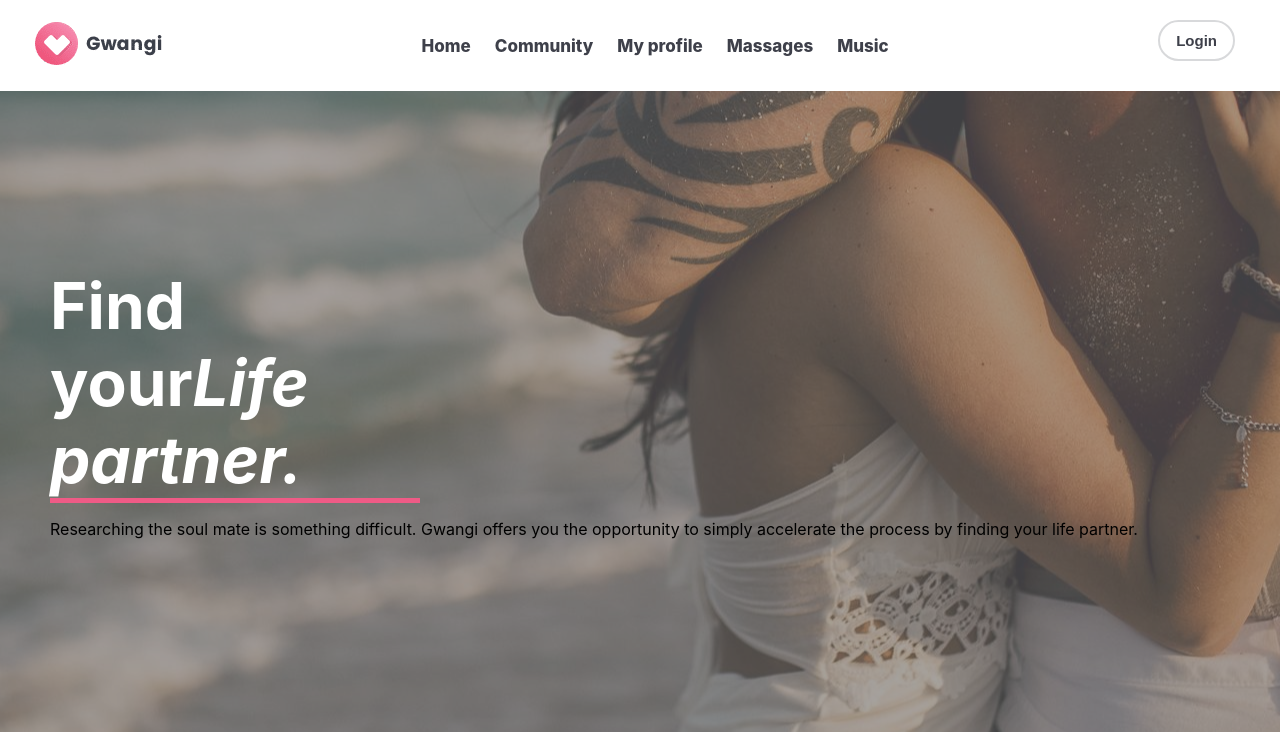
Repository: ShokunLiubov/Soc-Network-React
Page: /login
These files come from the project's save history. The page is drawn as it stood at one moment and after the next save; the edit follows.
The browser window is 1280 px wide. The pictures show the whole page.
The project was rebuilt for these pictures with package versions that can differ from the ones it lists, and the page was loaded fresh each time. Also part of the build but not shown: src/components/common/Paginator/Paginator.module.css, src/components/common/Paginator/Paginator.jsx, src/components/Community/Community.module.css, src/components/Community/Friend/Friend.jsx, src/components/Community/Community.jsx, src/components/common/Preloader/Preloader.jsx, src/components/Community/CommunityContainer.jsx, src/components/Dialogs/Dialogs.module.css and 14 more.

Above is the page before, as saved 2022-08-24 17:40:26.

### src/index.js
import reportWebVitals from './reportWebVitals';
import store from './redux/redux-store';
import React from 'react';
import ReactDOM from 'react-dom/client';
import './index.css';
import App from './App';
import { BrowserRouter } from 'react-router-dom';
import { Provider } from 'react-redux'

const root = ReactDOM.createRoot(document.getElementById('root'));

  root.render(

      <BrowserRouter>
        <Provider store={store}>
          <App />
        </Provider>
      </BrowserRouter>


  );


// If you want to start measuring performance in your app, pass a function
// to log results (for example: reportWebVitals(console.log))
// or send to an analytics endpoint. Learn more: https://bit.ly/CRA-vitals
reportWebVitals();

### src/redux/redux-store.js
import {combineReducers, legacy_createStore as createStore} from "redux"
import dialogsReducer from "./dialogs-reducer"
import profileReducer from "./profile-reducer"
import communityReducer from "./community-reducer"
import authReducer from "./auth-reducer"

let reducers = combineReducers({
    profilePage : profileReducer,
    dialogsPage : dialogsReducer,
    communityPage : communityReducer,
    auth: authReducer
})

let store = createStore(reducers)

export default store;

### src/App.js
import React from 'react';
import { Routes, Route } from "react-router-dom";
import './App.css';
import Registration from './components/Auth/Registration/Registration';
import CommunityContainer from './components/Community/CommunityContainer';
import DialogsContainer from './components/Dialogs/DialogsContainer';
import Home from './components/Home/Home';
import Music from './components/Music/Music';
import Navbar from './components/Navbar/Navbar';
import ProfileContainer from './components/Profile/ProfileContainer';

function App(props) {
  return (

    <div className='app-wrapper'>
      <Navbar />
      <Routes>
        <Route path='/home/*' element={<Home />} />

        <Route path='/community/*' element={<CommunityContainer />} />

        <Route path='/profile/:id' element={<ProfileContainer />} />
        <Route path='/profile/*' element={<ProfileContainer />} />

        <Route path='/dialogs/*' element={<DialogsContainer />} />

        <Route path='/music/*' element={<Music />} />

        <Route path='/login/*' element={<Registration />} />

      </Routes>

    </div>

  );
}

export default App;

### src/redux/dialogs-reducer.js
const SAND_MASSAGE = 'SAND-MASSAGE'
const UPDATE_NEW_MASSAGE_TEXT = 'UPDATE-NEW-MASSAGE-TEXT'

let initialState = {
    dialogsData: [
        { id: 1, name: 'Vika', ava: './../images/ava-w1.jpeg' },
        { id: 2, name: 'Eugen', ava: './../images/ava-m2.png' },
        { id: 3, name: 'Liubov', ava: './../images/ava-w3.jpeg' },
        { id: 4, name: 'Max', ava: './../images/ava-m1.jpeg' },
        { id: 5, name: 'Nika', ava: './../images/ava-w2.webp' }
    ],
    massagesData: [
        { id: 1, massage: 'Hi' },
        { id: 2, massage: 'How are you?' },
        { id: 3, massage: 'I am okey!' }
    ],
    newMassageText: ''
}

const dialogsReducer = (state = initialState, action) => {

    switch (action.type) {
        case SAND_MASSAGE:
            let text = state.newMassageText
            return {
                ...state,
                newMassageText: '',
                massagesData: [...state.massagesData, {id: Date.now(),massage: text}]
            }

        case UPDATE_NEW_MASSAGE_TEXT:
            return {
                ...state,
                newMassageText: action.newText
            }

        default:
            return state
    }

}

export const sandMassage = () => ({ type: SAND_MASSAGE })

export const onMassageChange = (text) =>
    ({ type: UPDATE_NEW_MASSAGE_TEXT, newText: text })

export default dialogsReducer;

### src/redux/profile-reducer.js
const ADD_POST = 'ADD-POST'
const UPDATE_NEW_POST_TEXT = 'UPDATE-NEW-POST-TEXT'
const SET_USER_PROFILE = 'SET-USER-PROFILE'

let initialState = {
    userProfile: {},
    postsData: [
        { id: 1, massage: 'Hi, how are you?', countLikes: '12', time: '29 minutes ago' },
        { id: 2, massage: 'It is my first post', countLikes: '99+', time: 'yesterday' },
        { id: 3, massage: 'My name Liubov, I am wife Eugen', countLikes: '32', time: 'week ago' }
    ],
    newPostText: ''
}

const profileReducer = (state = initialState, action) => {
    switch (action.type) {
        case ADD_POST:
            let newPost = {
                id: Date.now(),
                massage: state.newPostText,
                countLikes: '0',
                time: new Date().toLocaleTimeString()
            }
            return {
                ...state,
                newPostText: '',
                postsData: [newPost, ...state.postsData]
            }

        case UPDATE_NEW_POST_TEXT:
            return {
                ...state,
                newPostText: action.newText
            }
        case SET_USER_PROFILE:
            return {
                ...state,
                userProfile: action.profile

            }
        default:
            return state
    }


}

export const addPost = () => ({ type: ADD_POST })

export const updateNewPostText = (text) =>
    ({ type: UPDATE_NEW_POST_TEXT, newText: text })

export const setUserProfile = (profile) =>
    ({ type: SET_USER_PROFILE, profile})


export default profileReducer;

### src/redux/community-reducer.js
const FOLLOW = 'FOLLOW'
const UN_FOLLOW = 'UN-FOLLOW'
const SET_USERS = 'SET-USERS'
const SET_PAGE = 'SET-PAGE'
const SET_USERS_TOTAL_COUNT = 'SET-USERS-TOTAL-COUNT'
const TOGGLE_IS_FETCHING = 'TOGGLE-IS-FETCHING'

let initialState = {
    userData: [ ],
    pageSize: 10,
    totalUsersCount: 0,
    currentPage: 1,
    currentPageSize: 1,
    isFetching: false
}
const communityReducer = (state = initialState, action) => {
    switch (action.type) {
        case FOLLOW:
            return {
                ...state,
                userData: state.userData.map (user => {
                    if(user.id === action.userID) {
                        return {...user, followed: true}
                    }
                    return user
                })
            }
        case UN_FOLLOW:
            return {
                ...state,
                userData: state.userData.map (user => {
                    if(user.id === action.userID) {
                        return {...user, followed: false}
                    }
                    return user
                })
            }
        case SET_USERS:
            return {
                ...state,
                userData: action.users
            }
        case SET_PAGE:
            return {
                ...state,
                currentPage: action.page
                }
        case SET_USERS_TOTAL_COUNT:
            return {
                ...state,
                totalUsersCount: action.UsersTotalCount
            }
        case TOGGLE_IS_FETCHING:
            return {
                ...state,
                isFetching: action.isFetching
            }
        default:
            return state
    }
}

export const follow = (userID) => ({ type: FOLLOW, userID })

export const unFollow = (userID) => ({ type: UN_FOLLOW, userID })

export const setUsers = (users) => ({ type: SET_USERS, users })

export const setPage = (page) => ({ type: SET_PAGE, page })

export const setUsersTotalCount = (UsersTotalCount) => ({ type: SET_USERS_TOTAL_COUNT, UsersTotalCount })

export const toggleFetching = (isFetching) => ({ type: TOGGLE_IS_FETCHING, isFetching })

export default communityReducer;


// Создать кнопки prev next
// if(currentPage > 1) { prev
// } минус 1  при отрисовки подставляться значения, исключение первая страница
// Отображать в пагинации 5 стр и одну последнюю , учесть если будет меньше 5 стр

### src/redux/auth-reducer.js
const SET_USER_DATA = 'SET-USER-DATA'
// const UN_FOLLOW = 'UN-FOLLOW'

let initialState = {
    userId: undefined,
    email: undefined,
    login: undefined,
    isFetching: false
}
const authReducer = (state = initialState, action) => {
    switch (action.type) {
        case SET_USER_DATA:
            return {
                ...state,
                ...action.data
            }
        // case TOGGLE_IS_FETCHING:
        //     return {
        //         ...state,
        //         isFetching: action.isFetching
        //     }
        default:
            return state
    }
}

export const setUserData = (userId, email, login) => ({ type: SET_USER_DATA, data: {userId, email, login} })

// export const toggleFetching = (isFetching) => ({ type: TOGGLE_IS_FETCHING, isFetching })

export default authReducer;

### src/components/Auth/Registration/Registration.jsx
import React from 'react';
import styles from './Registration.module.css'

const Registration = () => {
    return (
        <div className={styles.background}>
            <div className={styles.registration}>
            <div className={styles.title}>Find your
            <i>Life partner.</i></div>
            <p>Researching the soul mate is something difficult. Gwangi offers you the opportunity to simply accelerate the process by finding your life partner.</p>
            </div>

        </div>
    )
}

export default Registration;

### src/components/Dialogs/DialogsContainer.jsx
import React from 'react';
import { sandMassage, onMassageChange } from '../../redux/dialogs-reducer';
import Dialogs from './Dialogs';
import { connect } from 'react-redux'


let mapStateToProps = (state) => {
    return {
        dialogsData: state.dialogsPage.dialogsData,
        massagesData: state.dialogsPage.massagesData,
        newMassageText: state.dialogsPage.newMassageText
    }
}

const DialogsContainer = connect(mapStateToProps, { sandMassage, onMassageChange })(Dialogs)

export default DialogsContainer;

### src/components/Navbar/Navbar.jsx
import React from 'react';
import { NavLink } from 'react-router-dom';
import styles from './Navbar.module.css'

const Navbar = () => {
    return (
        <div className={styles.navbar}>
            {/* LOGO */}
            <div className={styles.logo}><img src='./../images/logotype.png' /></div>
             {/* LOGO */}

            {/* MENU */}
            <nav className={styles.menu}>
                <div className={styles.item}>
                    <NavLink to='/home' className={navData => navData.isActive ? styles.active : styles.item}>Home</NavLink>
                </div>
                <div className={styles.item}>
                    <NavLink to='/community' className={navData => navData.isActive ? styles.active : styles.item}>Community</NavLink>
                </div>
                <div className={styles.item}>
                    <NavLink to='/profile' className={navData => navData.isActive ? styles.active : styles.item}>My profile</NavLink>
                </div>
                <div to='/dialogs' className={styles.item}>
                    <NavLink to='/dialogs' className={navData => navData.isActive ? styles.active : styles.item}>Massages</NavLink>
                </div>
                <div className={styles.item}>
                    <NavLink to='/music' className={navData => navData.isActive ? styles.active : styles.item}>Music</NavLink>
                </div>
            </nav>
            {/* MENU */}

            {/* LOGIN */}
            <NavLink to='/login' className={styles.login}>
                <button className='button'>Login</button>
            </NavLink>
            {/* LOGIN */}

        </div>
    )
}

export default Navbar;

### src/components/Auth/Registration/Registration.module.css
.background {
    background-image: url(./../../../../public/images/registration-bgr.jpeg);
    background-repeat: no-repeat;
    background-position: center;
    width: 100%;
    height: 89vh;
    position: relative;
    display: flex;
    align-items: center;
}

.background::before {
    content: " ";
    width: 100%;
    height: 89vh;
    background-color: #696a6e99;
    position: absolute;
    z-index: 1;
}

.registration {
    margin-left: 50px;
    position: relative;
    z-index: 20;
}

.title {
    color: #ffffff;
    font-size: 64px;
    max-width: 370px;
    font-weight: 700;
    border-bottom: 5px solid #ef5b86;
}

### src/components/Navbar/Navbar.module.css
.navbar {
    display: flex;
    justify-content: space-between;
    align-items: center;
    padding: 20px 35px;
    background-color: #ffffff;
}

.logo {
    cursor: pointer;
}

.menu {
    display: flex;
}

.item a {
    margin: 0 12px;
    font-size: 17px;
    color: #3e404a;
    font-weight: 800;
    cursor: pointer;
    text-decoration: none;
}

.item a.active {
    color: #ef5b86;
}

.login {
    text-decoration: none;
}

### src/components/Profile/Profile_body/MyPosts/Post/Post.module.css
.post {
    background-color: #ffffff;
    border: 1px solid #e8e8e9;
    border-radius: 10px;
    margin: 50px 0;
    position: relative;
    width: 70%;
    min-height: 100px;
}

.personInfo img {
    position: absolute;
    top: -20px;
    left: -20px;
    width: 80px;
    height: 80px;
    object-fit: cover;
    border-radius: 10px;
}

.personInfo {
    display: flex;
}

.postInfo {
    margin: 10px 80px;
}

.nickname {
    color: #3e404a;
    font-size: 18px;
    font-weight: 700;
}

.time {
    color: #9da6b0;
    font-size: 12px;
    font-weight: 600;
    margin-top: 5px;
}

.massage {
    color: #9ca6af;
    font-size: 15px;
    font-weight: 700;
    margin: 10px 80px;
}

.like {
    width: 100%;
    display: flex;
    justify-content: end;
}

button{
    background: none;
    border: none;
    display: flex;
    align-items: center;
    margin: 0 10px 10px;
}

.countLike {
    margin-left: 5px;
    color: #9da6b0;
    font-size: 12px;
    font-weight: 500;
}

Loaded but not shown: public/index.html (common file); src/reportWebVitals.js (common file); src/index.css (common file); src/App.css (common file); src/components/Home/Home.module.css (no stored copy; drawn as an empty file); src/components/Music/Music.module.css (no stored copy; drawn as an empty file); src/components/Profile/Profile.module.css (no stored copy; drawn as an empty file)

After the next save:
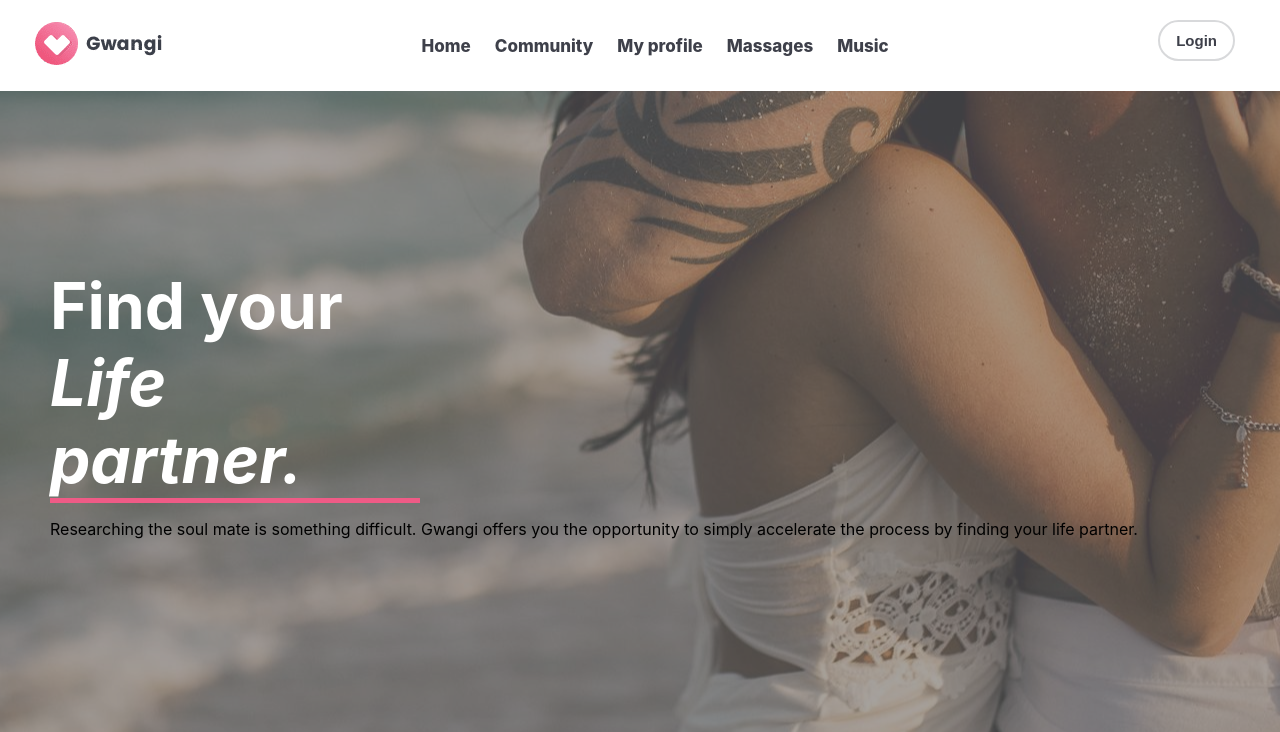
Saved 61 s later.
--- a/src/components/Auth/Registration/Registration.jsx
+++ b/src/components/Auth/Registration/Registration.jsx
@@ -5,7 +5,7 @@ const Registration = () => {
     return (
         <div className={styles.background}>
             <div className={styles.registration}>
-            <div className={styles.title}>Find your
+            <div className={styles.title}>Find your<br/>
             <i>Life partner.</i></div>
             <p>Researching the soul mate is something difficult. Gwangi offers you the opportunity to simply accelerate the process by finding your life partner.</p>
             </div>
